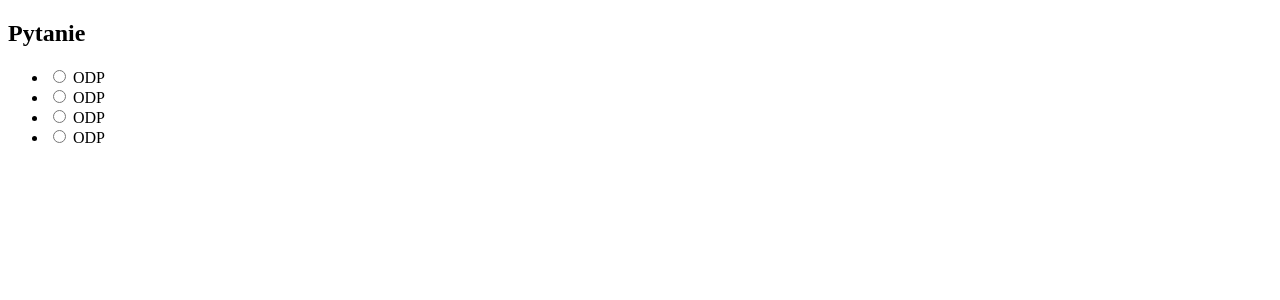
Repository: SebastianArmata22/Quiz
Page: index.html
These files come from the project's save history. The page is drawn as it stood at one moment and after the next save; the edit follows.
The browser window is 1280 px wide. The pictures show the whole page.

Above is the page before, as saved 2020-10-01 15:01:46.

### index.html
<!DOCTYPE html>
<html>
    <head>
        <meta charset="utf-8">
        <meta http-equiv="X-UA-Compatible" content="IE=edge">
        <title>Quiz</title>
        <meta name="description" content="">
        <meta name="viewport" content="width=device-width, initial-scale=1">
        <link rel="stylesheet" href="">
    </head>
    <body>
        <div class="quiz-container">
            <h2>
                Pytanie
            </h2>
            <form>
            <ul>
                <li class="answer">
                    <input type="radio" name="a">
                    <label id="a">ODP</label>
                </li>
                <li class="answer">
                    <input type="radio" name="b">
                    <label id="b">ODP</label>
                </li>
                <li class="answer">
                    <input type="radio" name="c">
                    <label id="c">ODP</label>
                </li>
                <li class="answer">
                    <input type="radio" name="d">
                    <label id="d">ODP</label>
                </li>

            </ul>
        </form>
        </div>
        <script src="" async defer></script>
    </body>
</html>

After the next save:
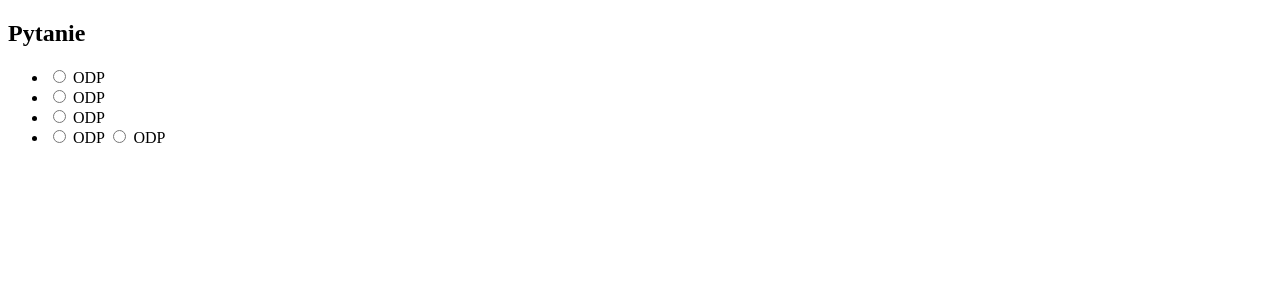
Saved 2 min 5 s later.
--- a/index.html
+++ b/index.html
@@ -13,7 +13,6 @@
             <h2>
                 Pytanie
             </h2>
-            <form>
             <ul>
                 <li class="answer">
                     <input type="radio" name="a">
@@ -30,10 +29,11 @@
                 <li class="answer">
                     <input type="radio" name="d">
                     <label id="d">ODP</label>
+                    <input type="radio" name="f">
+                    <label id="f">ODP</label>
                 </li>
 
             </ul>
-        </form>
         </div>
         <script src="" async defer></script>
     </body>
